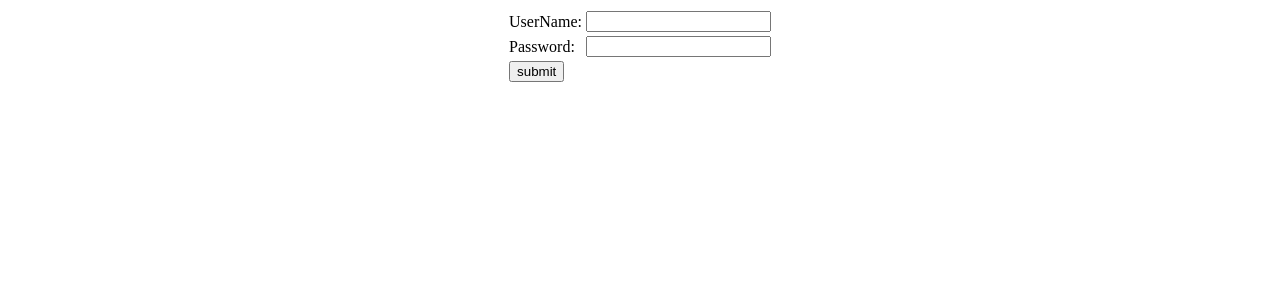
Repository: manish1905/MetaData_Details
Page: http://localhost/MetaData_Details/
The author's editor kept a copy of each file at every save. The page is drawn from the files as they stood at one save, then again after the next save.
The browser window is 1280 px wide. The pictures show the whole page.
The page is served by Tomcat 9. Other server files are loaded and not shown.

Above is the page before, as saved 2019-01-03 06:48:27.

### MetaData_Details/web/index.jsp
<%@ page language="java" contentType="text/html; charset=ISO-8859-1"
    pageEncoding="ISO-8859-1"%>
    <%@ taglib prefix="form" uri="http://www.springframework.org/tags/form"%>
<!DOCTYPE html>
<html>
<head>
<meta charset="ISO-8859-1">
<title>Welcome</title>
<style>


</style>
</head>

<body>
<div>
	<form action ="login">
	<table align="center">
	<tr>
	<td>UserName:</td>
	<td><input type="text" name="userName"/></td>
	</tr>
	<tr>
	<td>Password:</td>
	<td><input type="text" name="password"/></td>

	</tr>
	<tr>
	<td><input type="button" name="submit" value="submit"/></td>

	</tr>
	</table>

	</form>
	</div>
</body>
</html>

After the next save:
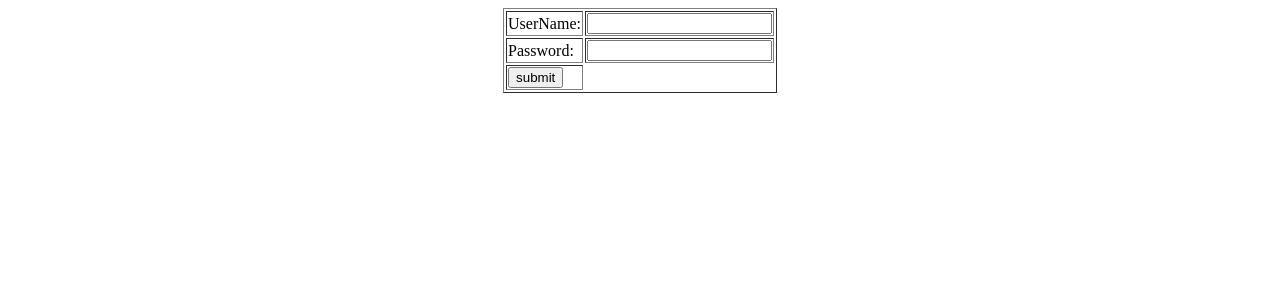
Saved 18 s later.
--- a/MetaData_Details/web/index.jsp
+++ b/MetaData_Details/web/index.jsp
@@ -15,7 +15,7 @@
 <body>
 <div>
 	<form action ="login">
-	<table align="center">
+	<table align="center" border="1">
 	<tr>
 	<td>UserName:</td>
 	<td><input type="text" name="userName"/></td>
